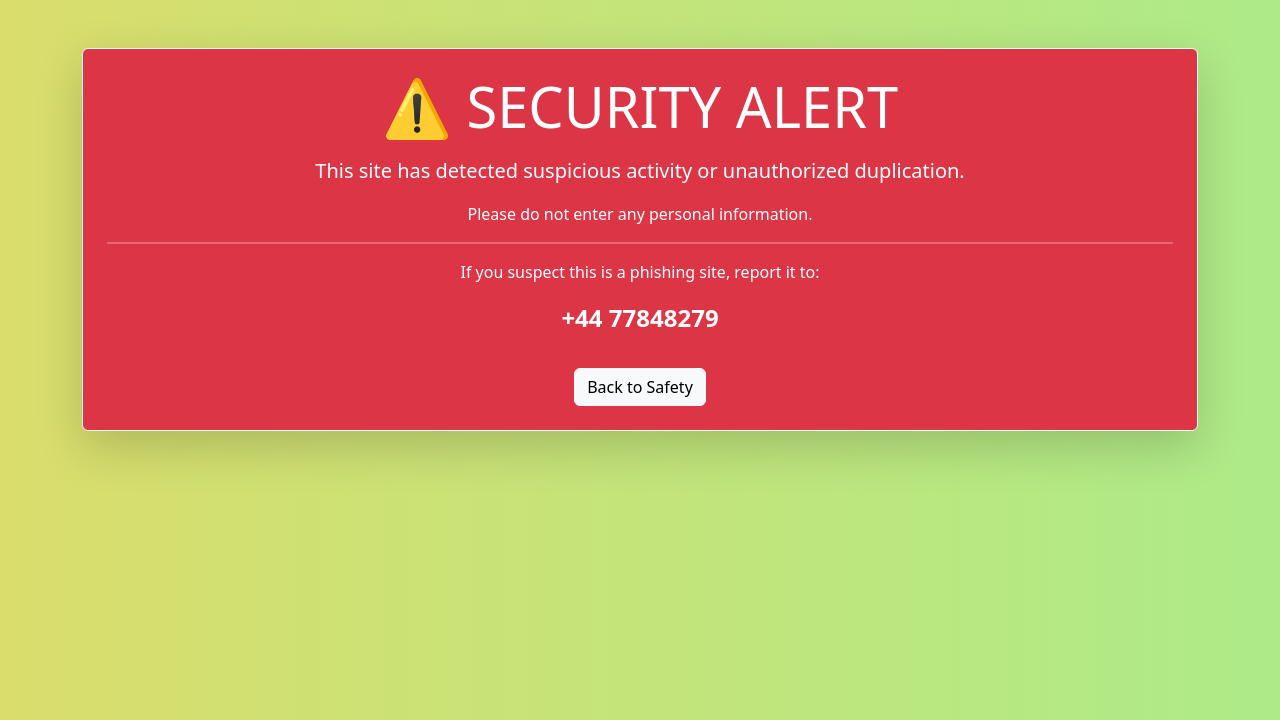
Repository: fuyu12345/ELEC0138Coursework_group10
Page: http://localhost/warning
These files come from the project's save history. The page is drawn as it stood at one moment and after the next save; the edit follows.
The browser window is 1280 px wide. The pictures show the whole page.
The page is served by the project's application, run on Flask 3 (server.py).

Above is the page before, as saved 2025-04-16 22:15:38.

After the next save:
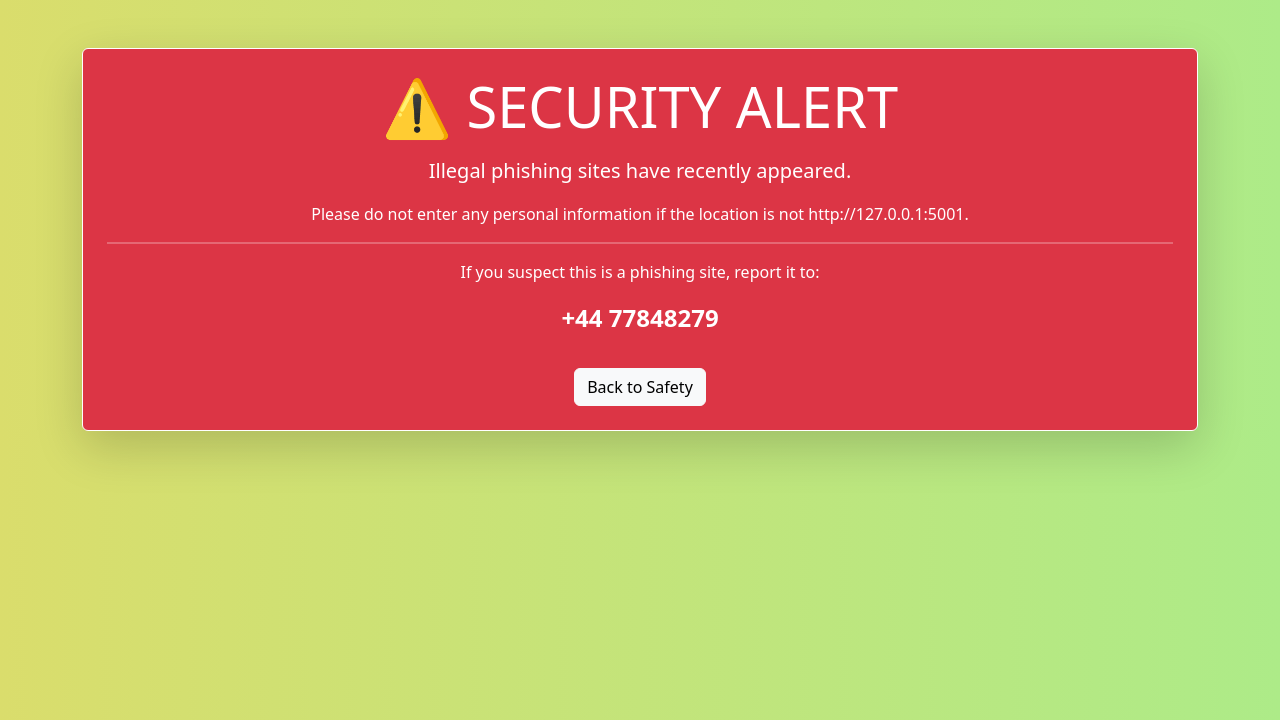
Saved 89 min 37 s later.
--- a/attack_phishing/0138/waring/templates/warning.html
+++ b/attack_phishing/0138/waring/templates/warning.html
@@ -6,8 +6,8 @@
 <div class="container mt-5">
   <div class="p-4 rounded bg-danger text-white text-center border border-white shadow-lg" style="animation: flash 1s infinite;">
     <h1 class="display-4">⚠️ SECURITY ALERT</h1>
-    <p class="lead mt-3">This site has detected suspicious activity or unauthorized duplication.</p>
-    <p>Please do not enter any personal information.</p>
+    <p class="lead mt-3"> Illegal phishing sites have recently appeared.</p>
+    <p>Please do not enter any personal information if the location is not http://127.0.0.1:5001.</p>
     <hr style="border-top: 2px solid white;">
     <p>If you suspect this is a phishing site, report it to:</p>
     <p class="fw-bold fs-4">+44 77848279</p>
